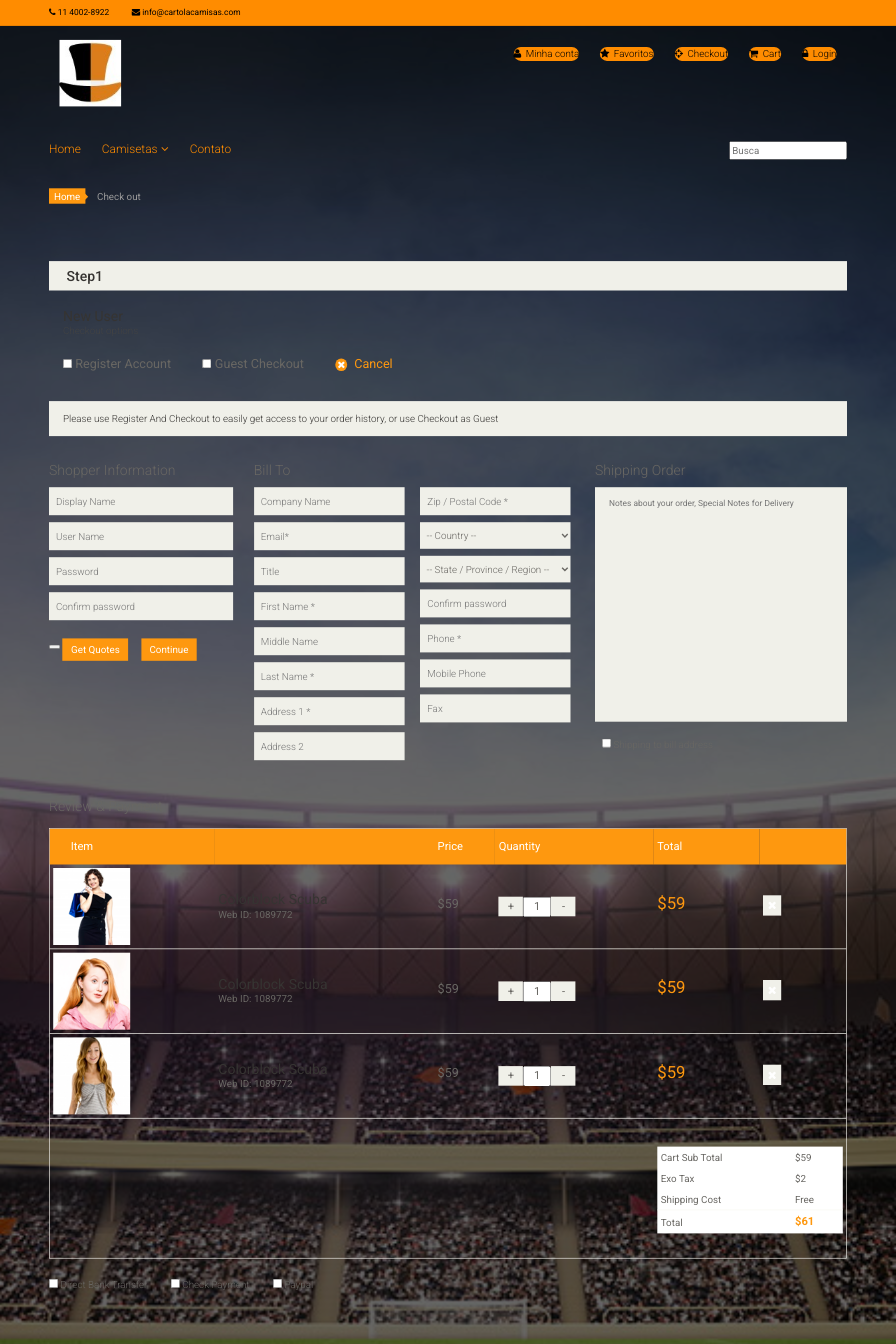
Repository: matheus-bms/camisetaPI
Page: http://localhost/checkout
These files come from the project's save history. The page is drawn as it stood at one moment and after a run of saves; the edit follows.
The browser window is 1280 px wide. The pictures show the part of the page from y = 0 to 1920 px (the page is 2568 px tall), at 70% of full size.
Some web fonts or font styles are not loaded; a fallback is used. The page is served by the project's Node server (app.js).

Above is the page before, as saved 2022-04-26 22:53:17.

After the next 6 saves:
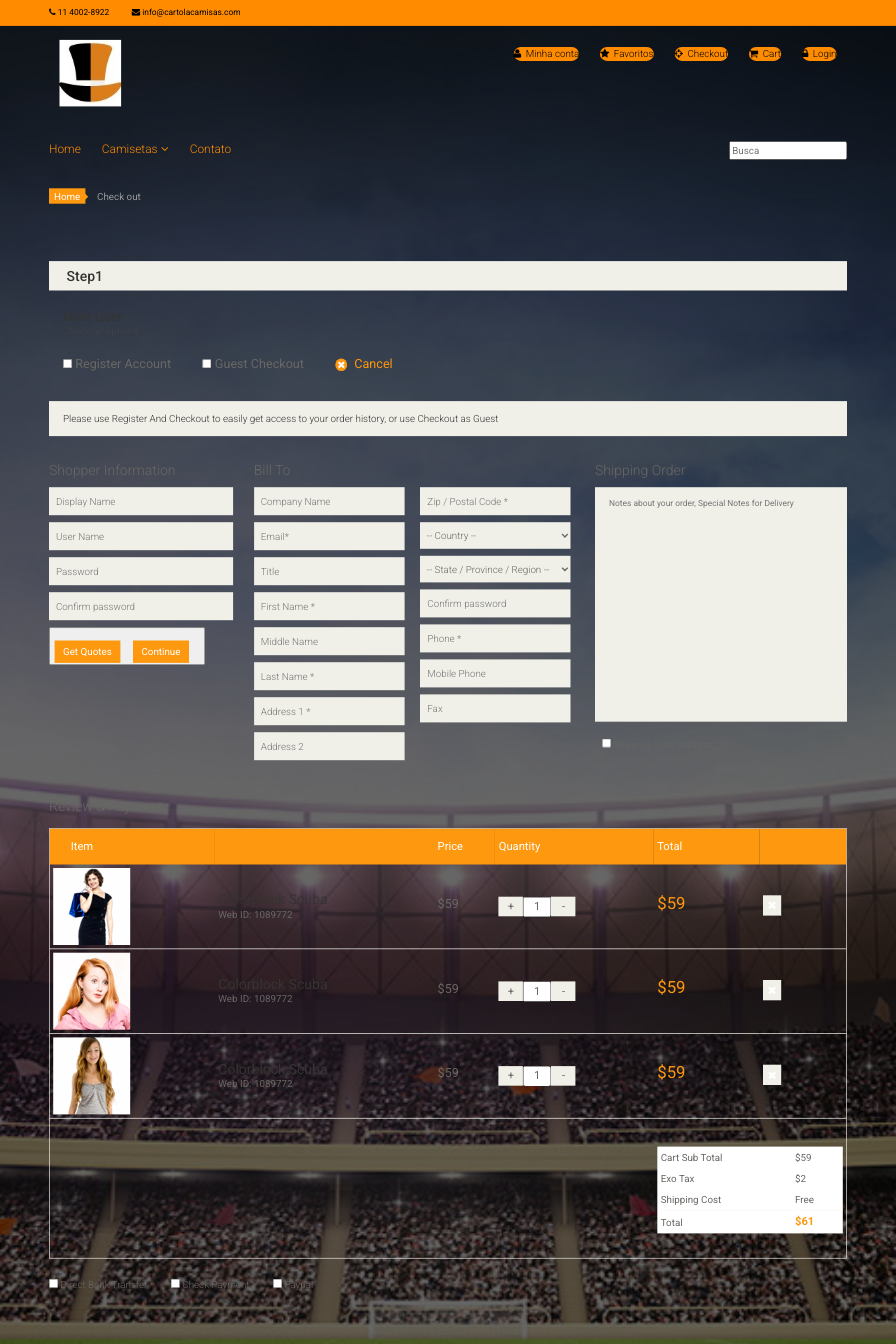
The 6 saves are shown as one change because they came seconds apart.
The last was saved 18 s later.
--- a/views/checkout.ejs
+++ b/views/checkout.ejs
@@ -46,7 +46,7 @@
 								<input type="password" placeholder="Password">
 								<input type="password" placeholder="Confirm password">
 							</form>
-							<button></button>
+							<button type=""</button>
 							<a class="btn btn-primary" href="">Get Quotes</a>
 							<a class="btn btn-primary" href="">Continue</a>
 						</div>
